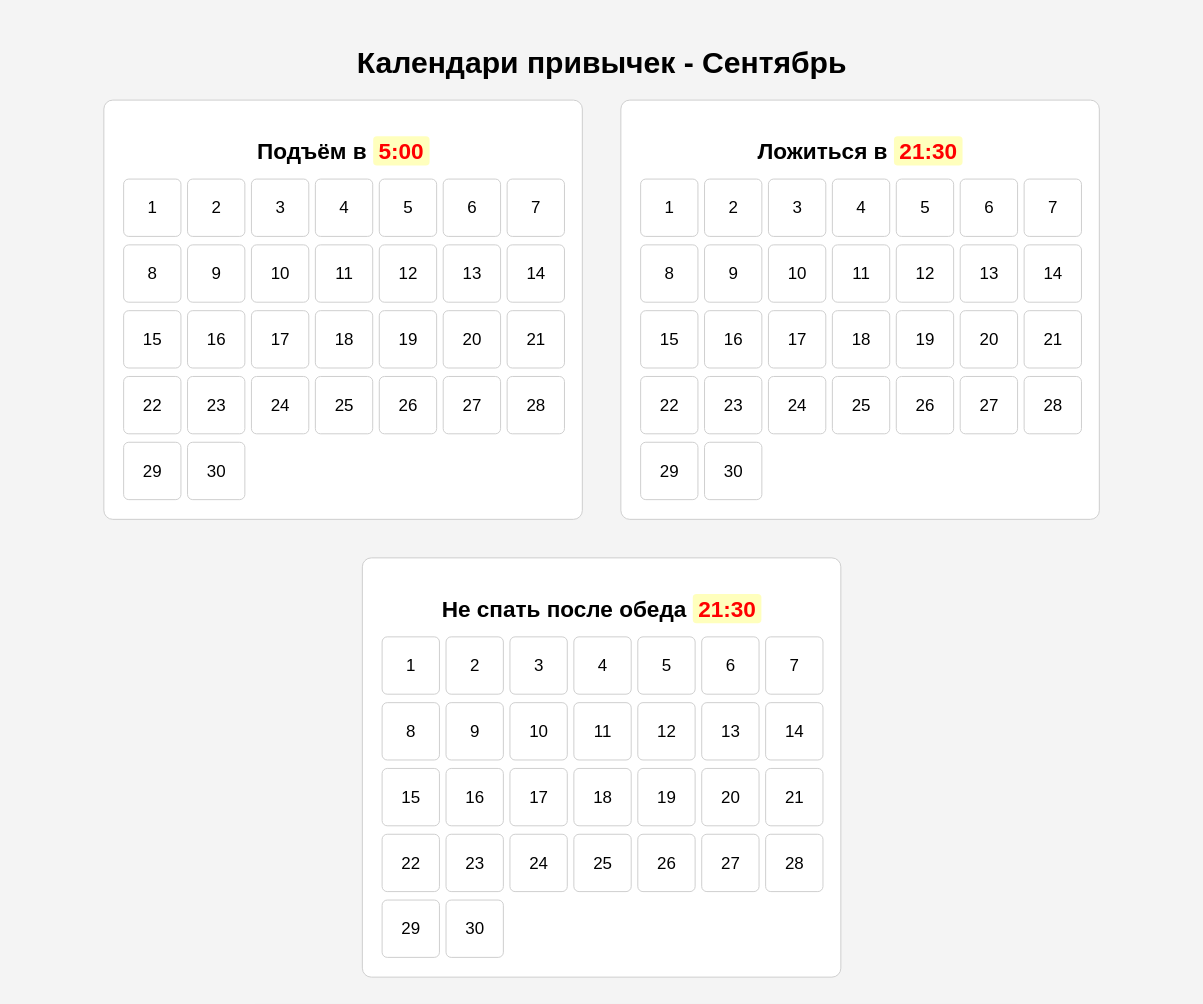
Repository: Pavel1776/doublecalendar
Page: index.html
These files come from the project's save history. The page is drawn as it stood at one moment and after the next save; the edit follows.
The browser window is 1280 px wide. The pictures show the whole page, at 94% of full size.

Above is the page before, as saved 2025-09-18 03:36:31.

After the next save:
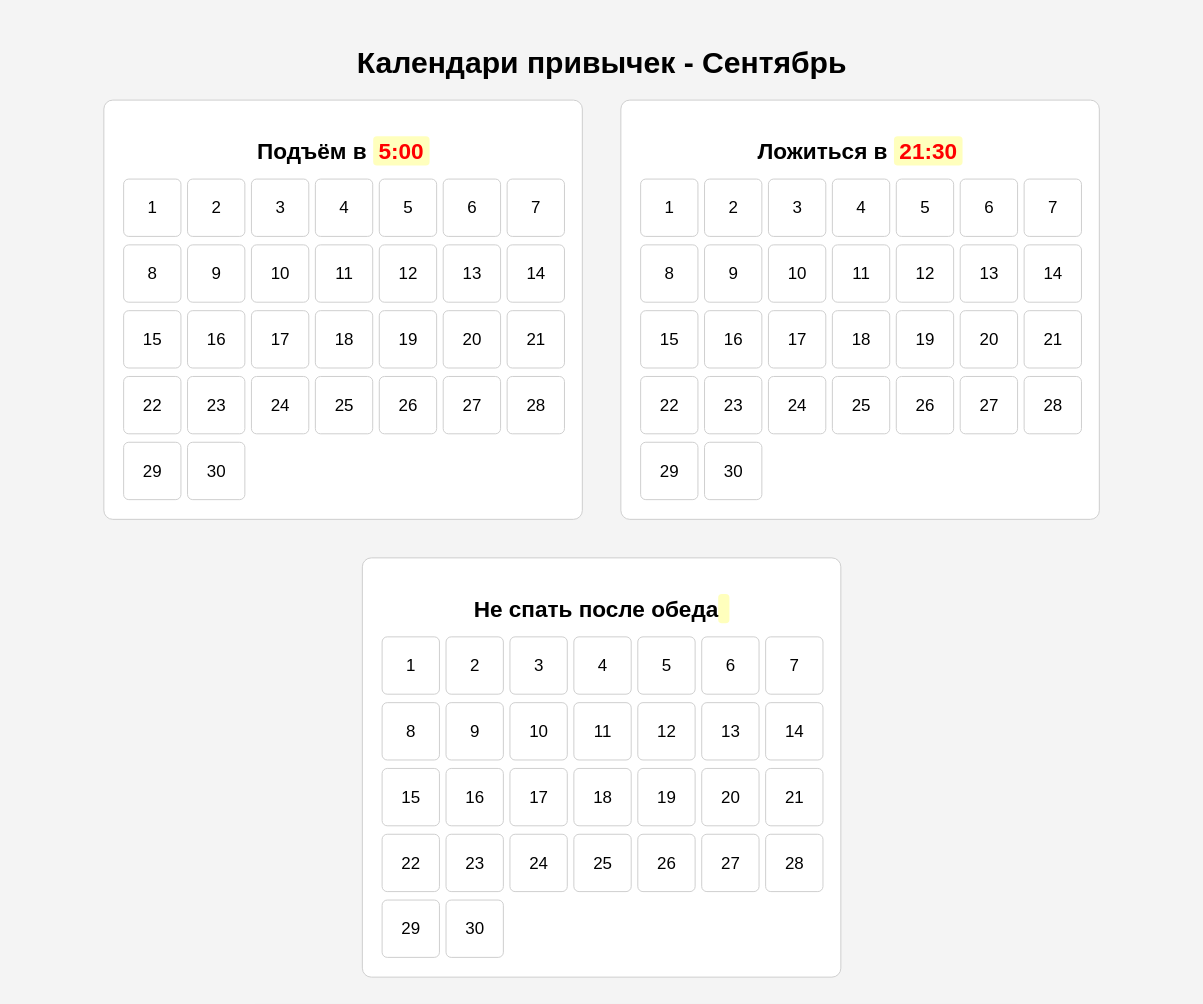
Saved 9 min 15 s later.
--- a/index.html
+++ b/index.html
@@ -26,7 +26,7 @@
     </div>
     <!-- Третий календарь -->
     <div class="calendar">
-      <h2>Не спать после обеда <span class="highlight">21:30</span></h2>
+      <h2>Не спать после обеда <span class="highlight"></span></h2>
       <div class="calendar-grid" id="calendar3"></div>
     </div>
   </div>
